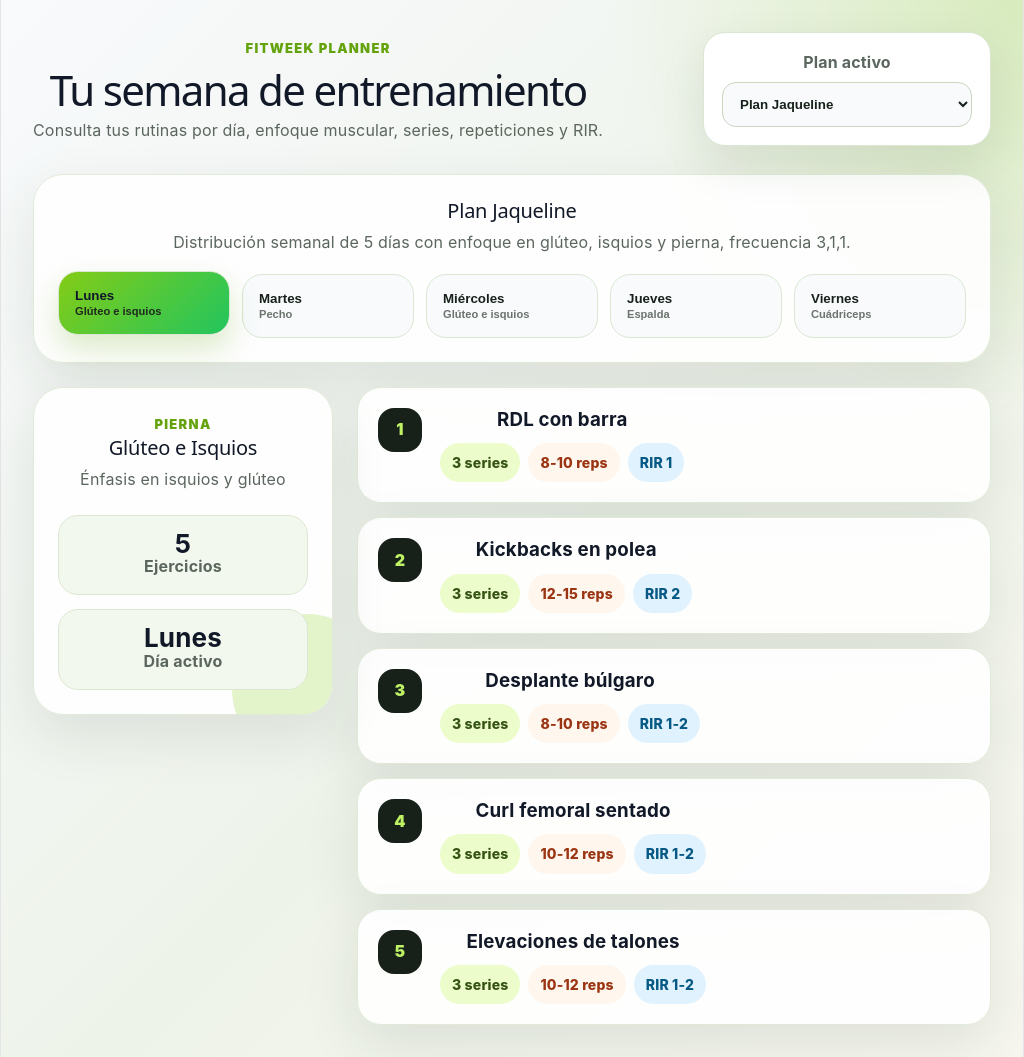
Repository: Jaqueline-CO/Fitweek-Planner
Page: /dashboard
The author's editor kept a copy of each file at every save. The page is drawn from the files as they stood at one save, then again after the next save.
The browser window is 1024 px wide. The pictures show the whole page.
The project was rebuilt for these pictures with package versions that can differ from the ones it lists, and the page was loaded fresh each time. Also part of the build but not shown: vite.config.js.

Above is the page before, as saved 2026-06-09 16:02:13.

### index.html
<!doctype html>
<html lang="en">
  <head>
    <meta charset="UTF-8" />
    <link rel="icon" type="image/svg+xml" href="/favicon.svg" />
    <meta name="viewport" content="width=device-width, initial-scale=1.0" />
    <title>rutinasgym</title>
  </head>
  <body>
    <div id="root"></div>
    <script type="module" src="/src/main.jsx"></script>
  </body>
</html>

### src/index.css
:root {
  --text: #6b6375;
  --text-h: #08060d;
  --bg: #fff;
  --border: #e5e4e7;
  --code-bg: #f4f3ec;
  --accent: #aa3bff;
  --accent-bg: rgba(170, 59, 255, 0.1);
  --accent-border: rgba(170, 59, 255, 0.5);
  --social-bg: rgba(244, 243, 236, 0.5);
  --shadow:
    rgba(0, 0, 0, 0.1) 0 10px 15px -3px, rgba(0, 0, 0, 0.05) 0 4px 6px -2px;

  --sans: system-ui, 'Segoe UI', Roboto, sans-serif;
  --heading: system-ui, 'Segoe UI', Roboto, sans-serif;
  --mono: ui-monospace, Consolas, monospace;

  font: 18px/145% var(--sans);
  letter-spacing: 0.18px;
  color-scheme: light dark;
  color: var(--text);
  background: var(--bg);
  font-synthesis: none;
  text-rendering: optimizeLegibility;
  -webkit-font-smoothing: antialiased;
  -moz-osx-font-smoothing: grayscale;

  @media (max-width: 1024px) {
    font-size: 16px;
  }
}

@media (prefers-color-scheme: dark) {
  :root {
    --text: #9ca3af;
    --text-h: #f3f4f6;
    --bg: #16171d;
    --border: #2e303a;
    --code-bg: #1f2028;
    --accent: #c084fc;
    --accent-bg: rgba(192, 132, 252, 0.15);
    --accent-border: rgba(192, 132, 252, 0.5);
    --social-bg: rgba(47, 48, 58, 0.5);
    --shadow:
      rgba(0, 0, 0, 0.4) 0 10px 15px -3px, rgba(0, 0, 0, 0.25) 0 4px 6px -2px;
  }

  #social .button-icon {
    filter: invert(1) brightness(2);
  }
}

body {
  margin: 0;
}

#root {
  width: 1126px;
  max-width: 100%;
  margin: 0 auto;
  text-align: center;
  border-inline: 1px solid var(--border);
  min-height: 100svh;
  display: flex;
  flex-direction: column;
  box-sizing: border-box;
}

h1,
h2 {
  font-family: var(--heading);
  font-weight: 500;
  color: var(--text-h);
}

h1 {
  font-size: 56px;
  letter-spacing: -1.68px;
  margin: 32px 0;
  @media (max-width: 1024px) {
    font-size: 36px;
    margin: 20px 0;
  }
}
h2 {
  font-size: 24px;
  line-height: 118%;
  letter-spacing: -0.24px;
  margin: 0 0 8px;
  @media (max-width: 1024px) {
    font-size: 20px;
  }
}
p {
  margin: 0;
}

code,
.counter {
  font-family: var(--mono);
  display: inline-flex;
  border-radius: 4px;
  color: var(--text-h);
}

code {
  font-size: 15px;
  line-height: 135%;
  padding: 4px 8px;
  background: var(--code-bg);
}

### src/App.jsx
import AppRoutes from "./routes/AppRoutes";

function App() {
  return <AppRoutes />;
}

export default App;

### src/routes/AppRoutes.jsx
import { BrowserRouter, Routes, Route } from "react-router-dom";
import Login from "../pages/Login";
import Dashboard from "../pages/Dashboard";

function AppRoutes() {
  return (
    <BrowserRouter>
      <Routes>
        <Route path="/" element={<Login />} />
        <Route path="/dashboard" element={<Dashboard />} />
      </Routes>
    </BrowserRouter>
  );
}

export default AppRoutes;

### src/pages/Dashboard.jsx
import { useState } from "react";
import { weeklyPlans } from "../data/weeklyPlans";
import { routines } from "../data/routines";
import "../styles/Dashboard.css";

function Dashboard() {
  const [selectedPlanId, setSelectedPlanId] = useState("jaqueline");
  const [selectedDay, setSelectedDay] = useState("Lunes");

  const selectedPlan = weeklyPlans.find((plan) => plan.id === selectedPlanId);
  const selectedPlanDay = selectedPlan.days.find((item) => item.day === selectedDay);
  const selectedRoutine = routines.find((routine) => routine.id === selectedPlanDay.routineId);

  return (
    <main className="dashboard-page">
      <section className="dashboard-hero">
        <div>
          <span className="eyebrow">FitWeek Planner</span>
          <h1>Tu semana de entrenamiento</h1>
          <p>Consulta tus rutinas por día, enfoque muscular, series, repeticiones y RIR.</p>
        </div>

        <div className="plan-selector">
          <label>Plan activo</label>
          <select
            value={selectedPlanId}
            onChange={(e) => {
              setSelectedPlanId(e.target.value);
              setSelectedDay("Lunes");
            }}
          >
            {weeklyPlans.map((plan) => (
              <option key={plan.id} value={plan.id}>
                {plan.name}
              </option>
            ))}
          </select>
        </div>
      </section>

      <section className="plan-card">
        <div>
          <h2>{selectedPlan.name}</h2>
          <p>{selectedPlan.description}</p>
        </div>

        <div className="day-tabs">
          {selectedPlan.days.map((item) => (
            <button
              key={item.day}
              className={selectedDay === item.day ? "day-tab active" : "day-tab"}
              onClick={() => setSelectedDay(item.day)}
            >
              <span>{item.day}</span>
              <small>{item.label}</small>
            </button>
          ))}
        </div>
      </section>

      <section className="routine-layout">
        <aside className="routine-summary">
          <span className="routine-category">{selectedRoutine.category}</span>
          <h2>{selectedRoutine.title}</h2>
          <p>{selectedRoutine.focus}</p>

          <div className="summary-stats">
            <div>
              <strong>{selectedRoutine.exercises.length}</strong>
              <span>Ejercicios</span>
            </div>
            <div>
              <strong>{selectedDay}</strong>
              <span>Día activo</span>
            </div>
          </div>
        </aside>

        <section className="exercise-list">
          {selectedRoutine.exercises.map((exercise, index) => (
            <article className="exercise-card" key={index}>
              <div className="exercise-number">{index + 1}</div>

              <div className="exercise-info">
                <h3>{exercise.name}</h3>

                <div className="exercise-tags">
                  <span>{exercise.sets} series</span>
                  <span>{exercise.reps} reps</span>
                  <span>RIR {exercise.rir}</span>
                </div>

                {exercise.notes && <p>{exercise.notes}</p>}
              </div>
            </article>
          ))}
        </section>
      </section>
    </main>
  );
}

export default Dashboard;

### src/data/weeklyPlans.js
export const weeklyPlans = [
  {
    id: "jaqueline",
    name: "Plan Jaqueline",
    description: "Distribución semanal de 5 días con enfoque en glúteo, isquios y pierna, frecuencia 3,1,1.",
    days: [
      { day: "Lunes", routineId: "gluteo-isquios", label: "Glúteo e isquios" },
      { day: "Martes", routineId: "pecho-a", label: "Pecho" },
      { day: "Miércoles", routineId: "gluteo-isquios", label: "Glúteo e isquios" },
      { day: "Jueves", routineId: "espalda", label: "Espalda" },
      { day: "Viernes", routineId: "cuadriceps", label: "Cuádriceps" },
    ],
  },
  {
    id: "alan",
    name: "Plan Alan",
    description: "Distribución semanal de 5 días con enfoque en Pecho, frecuencia 2,2,1.",
    days: [
      { day: "Lunes", routineId: "gluteo-isquios", label: "Glúteo e isquios" },
      { day: "Martes", routineId: "pecho-a", label: "Pecho" },
      { day: "Miércoles", routineId: "espalda", label: "Espalda" },
      { day: "Jueves", routineId: "pecho-b", label: "Pecho" },
      { day: "Viernes", routineId: "cuadriceps", label: "Cuádriceps" },
    ],
  },
];

### src/data/routines.js
export const routines = [
  {
    id: "gluteo-isquios",
    title: "Glúteo e Isquios",
    category: "Pierna",
    focus: "Énfasis en isquios y glúteo",
    exercises: [
      { name: "RDL con barra", sets: 3, reps: "8-10", rir: "1" },
      { name: "Kickbacks en polea", sets: 3, reps: "12-15", rir: "2" },
      { name: "Desplante búlgaro", sets: 3, reps: "8-10", rir: "1-2" },
      { name: "Curl femoral sentado", sets: 3, reps: "10-12", rir: "1-2" },
      { name: "Elevaciones de talones", sets: 3, reps: "10-12", rir: "1-2" },
    ],
  },
  {
    id: "cuadriceps",
    title: "Cuádriceps",
    category: "Pierna",
    focus: "Énfasis en cuádriceps",
    exercises: [
      { name: "Sentadilla Hack", sets: 3, reps: "6-8", rir: "1" },
      { name: "Hip Thrust con barra", sets: 3, reps: "8-10", rir: "1" },
      { name: "Curl femoral acostado", sets: 3, reps: "10-12", rir: "1-2" },
      { name: "Extensiones de cuádriceps", sets: 3, reps: "10-12", rir: "1-2" },
      { name: "Abducción en máquina", sets: 3, reps: "12-15", rir: "1-2" },
      { name: "Adducción en máquina", sets: 3, reps: "12-15", rir: "1-2" },
      { name: "Elevaciones de talones", sets: 3, reps: "10-12", rir: "1-2" },
    ],
  },
  {
    id: "pecho-a",
    title: "Pecho A",
    category: "Pecho",
    focus: "Énfasis en pectoral mayor",
    exercises: [
      { name: "Press inclinado con mancuernas", sets: 3, reps: "8-10", rir: "1-2" },
      { name: "Press plano con barra", sets: 2, reps: "6-8", rir: "0-1" },
      { name: "Elevaciones laterales con mancuerna", sets: 2, reps: "12-15", rir: "2" },
      { name: "Elevaciones en polea baja unilateral", sets: 3, reps: "12-15", rir: "2" },
      { name: "Extensión de tríceps con cuerda", sets: 2, reps: "12-15", rir: "1-2" },
    ],
  },
  {
    id: "pecho-b",
    title: "Pecho B",
    category: "Pecho",
    focus: "Deltoide anterior, lateral y tríceps",
    exercises: [
      { name: "Press militar con mancuernas", sets: 3, reps: "8-10", rir: "1" },
      { name: "Press plano con barra o máquina", sets: 2, reps: "6-8", rir: "1" },
      { name: "Cruce en poleas baja", sets: 2, reps: "12-15", rir: "2" },
      { name: "Elevaciones laterales con mancuernas", sets: 2, reps: "15-20", rir: "2" },
      { name: "Extensión de tríceps overhead con cuerda", sets: 2, reps: "12-15", rir: "1-2" },
      { name: "Push down con cuerda", sets: 2, reps: "10-12", rir: "1-2" },
    ],
  },
  {
    id: "espalda",
    title: "Espalda",
    category: "Espalda",
    focus: "Dorsales - Amplitud, fuerza de tracción y foco lat",
    exercises: [
      { name: "Jalón al pecho con agarre neutro", sets: 4, reps: "8-10", rir: "-", notes: "Máxima activación del dorsal ancho. Tensión mecánica alta." },
      { name: "Remo con mancuerna unilateral", sets: 4, reps: "8-10", rir: "-", notes: "Segunda línea de tracción horizontal. Enfocado en upper back general." },
      { name: "Pull-over con cuerda en polea alta", sets: 3, reps: "12-15", rir: "-", notes: "Aislamiento del dorsal, sin intervención del bíceps." },
      { name: "Curl inclinado con mancuernas supino", sets: 3, reps: "10-12", rir: "-", notes: "Foco total en bíceps braquial con gran estiramiento." },
    ],
  },
];

### src/styles/Dashboard.css
.dashboard-page {
  min-height: 100vh;
  padding: 32px;
  color: #17211a;
  background:
    radial-gradient(circle at top right, rgba(132, 204, 22, 0.22), transparent 28%),
    linear-gradient(135deg, #f8fafc, #eef3ea 55%, #f7f7ef);
  font-family: Inter, system-ui, sans-serif;
}

.dashboard-hero {
  display: flex;
  justify-content: space-between;
  gap: 24px;
  align-items: center;
  margin-bottom: 28px;
}

.eyebrow,
.routine-category {
  color: #65a30d;
  font-weight: 900;
  letter-spacing: 0.1em;
  text-transform: uppercase;
  font-size: 13px;
}

.dashboard-hero h1 {
  font-size: clamp(34px, 5vw, 58px);
  margin: 8px 0;
  color: #111827;
  line-height: 1;
}

.dashboard-hero p,
.plan-card p,
.routine-summary p,
.exercise-info p {
  color: #5b665e;
}

.plan-selector {
  background: #ffffff;
  border: 1px solid #dbe7d2;
  padding: 18px;
  border-radius: 22px;
  min-width: 250px;
  box-shadow: 0 18px 45px rgba(32, 51, 34, 0.1);
}

.plan-selector label {
  display: block;
  margin-bottom: 8px;
  color: #5b665e;
  font-weight: 700;
}

.plan-selector select {
  width: 100%;
  padding: 13px;
  border-radius: 14px;
  border: 1px solid #cbd5c0;
  outline: none;
  font-weight: 800;
  color: #17211a;
  background: #f8fafc;
}

.plan-card,
.routine-summary,
.exercise-card {
  background: rgba(255, 255, 255, 0.92);
  border: 1px solid #e1ead8;
  box-shadow: 0 20px 55px rgba(32, 51, 34, 0.1);
}

.plan-card {
  border-radius: 30px;
  padding: 24px;
  margin-bottom: 24px;
}

.plan-card h2,
.routine-summary h2,
.exercise-info h3 {
  color: #111827;
}

.day-tabs {
  display: grid;
  grid-template-columns: repeat(5, 1fr);
  gap: 12px;
  margin-top: 20px;
}

.day-tab {
  border: 1px solid #dbe7d2;
  border-radius: 20px;
  padding: 16px;
  cursor: pointer;
  background: #f8fafc;
  color: #17211a;
  text-align: left;
  transition: 0.2s ease;
}

.day-tab span {
  display: block;
  font-weight: 900;
}

.day-tab small {
  color: #6b746c;
  font-weight: 600;
}

.day-tab.active,
.day-tab:hover {
  background: linear-gradient(135deg, #84cc16, #22c55e);
  color: #0f172a;
  transform: translateY(-3px);
  box-shadow: 0 14px 30px rgba(101, 163, 13, 0.22);
}

.day-tab.active small,
.day-tab:hover small {
  color: #1f2a1f;
}

.routine-layout {
  display: grid;
  grid-template-columns: 340px 1fr;
  gap: 24px;
}

.routine-summary {
  border-radius: 30px;
  padding: 24px;
  height: fit-content;
  position: relative;
  overflow: hidden;
}

.routine-summary::after {
  content: "";
  position: absolute;
  width: 150px;
  height: 150px;
  right: -50px;
  bottom: -50px;
  background: rgba(132, 204, 22, 0.22);
  border-radius: 50%;
}

.summary-stats {
  display: grid;
  grid-template-columns: 1fr;
  gap: 14px;
  margin-top: 24px;
  position: relative;
  z-index: 1;
}

.summary-stats div {
  background: #f3f8ee;
  border: 1px solid #dbe7d2;
  border-radius: 20px;
  padding: 16px;
}

.summary-stats strong {
  display: block;
  font-size: 26px;
  color: #111827;
}

.summary-stats span {
  color: #5b665e;
  font-weight: 700;
}

.exercise-list {
  display: grid;
  gap: 14px;
}

.exercise-card {
  display: flex;
  gap: 18px;
  align-items: flex-start;
  border-radius: 24px;
  padding: 20px;
  transition: 0.2s ease;
}

.exercise-card:hover {
  transform: translateY(-2px);
  box-shadow: 0 22px 60px rgba(32, 51, 34, 0.14);
}

.exercise-number {
  width: 44px;
  height: 44px;
  border-radius: 16px;
  display: grid;
  place-items: center;
  font-weight: 900;
  background: #17211a;
  color: #bef264;
}

.exercise-info h3 {
  margin: 0 0 12px;
}

.exercise-tags {
  display: flex;
  flex-wrap: wrap;
  gap: 8px;
}

.exercise-tags span {
  padding: 8px 12px;
  border-radius: 999px;
  background: #ecfccb;
  color: #365314;
  font-size: 14px;
  font-weight: 800;
}

.exercise-tags span:nth-child(2) {
  background: #fff7ed;
  color: #9a3412;
}

.exercise-tags span:nth-child(3) {
  background: #e0f2fe;
  color: #075985;
}

@media (max-width: 1100px) {
  .routine-layout {
    grid-template-columns: 300px 1fr;
  }

  .dashboard-hero h1 {
    font-size: 42px;
  }
}

@media (max-width: 900px) {
  .dashboard-page {
    padding: 24px;
  }

  .dashboard-hero {
    display: grid;
    grid-template-columns: 1fr;
  }

  .plan-selector {
    width: 100%;
    min-width: 0;
  }

  .day-tabs {
    grid-template-columns: repeat(2, 1fr);
  }

  .routine-layout {
    grid-template-columns: 1fr;
  }

  .routine-summary {
    position: static;
  }
}

@media (max-width: 600px) {
  .dashboard-page {
    padding: 16px;
  }

  .dashboard-hero h1 {
    font-size: 34px;
  }

  .dashboard-hero p {
    font-size: 15px;
  }

  .plan-card,
  .routine-summary,
  .exercise-card {
    border-radius: 22px;
  }

  .plan-card {
    padding: 18px;
  }

  .day-tabs {
    grid-template-columns: 1fr;
  }

  .day-tab {
    padding: 14px;
  }

  .exercise-card {
    flex-direction: column;
  }

  .exercise-number {
    width: 38px;
    height: 38px;
  }

  .exercise-tags {
    gap: 6px;
  }

  .exercise-tags span {
    font-size: 13px;
    padding: 7px 10px;
  }
}

Loaded but not shown: src/main.jsx (common file); src/pages/Login.jsx (no stored copy; drawn as an empty file)

After the next save:
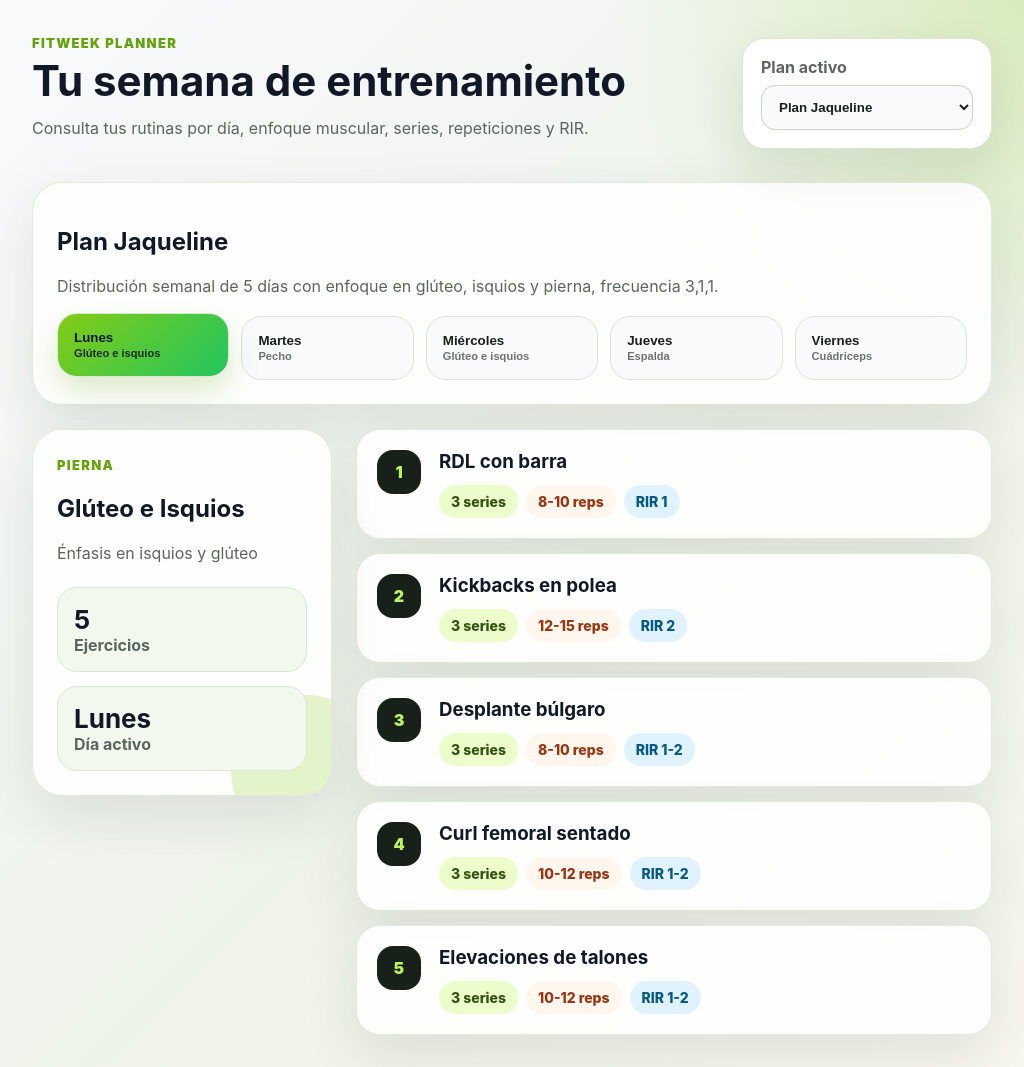
Saved 31 s later.
--- a/src/index.css
+++ b/src/index.css
@@ -1,111 +1,16 @@
-:root {
-  --text: #6b6375;
-  --text-h: #08060d;
-  --bg: #fff;
-  --border: #e5e4e7;
-  --code-bg: #f4f3ec;
-  --accent: #aa3bff;
-  --accent-bg: rgba(170, 59, 255, 0.1);
-  --accent-border: rgba(170, 59, 255, 0.5);
-  --social-bg: rgba(244, 243, 236, 0.5);
-  --shadow:
-    rgba(0, 0, 0, 0.1) 0 10px 15px -3px, rgba(0, 0, 0, 0.05) 0 4px 6px -2px;
-
-  --sans: system-ui, 'Segoe UI', Roboto, sans-serif;
-  --heading: system-ui, 'Segoe UI', Roboto, sans-serif;
-  --mono: ui-monospace, Consolas, monospace;
-
-  font: 18px/145% var(--sans);
-  letter-spacing: 0.18px;
-  color-scheme: light dark;
-  color: var(--text);
-  background: var(--bg);
-  font-synthesis: none;
-  text-rendering: optimizeLegibility;
-  -webkit-font-smoothing: antialiased;
-  -moz-osx-font-smoothing: grayscale;
-
-  @media (max-width: 1024px) {
-    font-size: 16px;
-  }
+* {
+  box-sizing: border-box;
 }
 
-@media (prefers-color-scheme: dark) {
-  :root {
-    --text: #9ca3af;
-    --text-h: #f3f4f6;
-    --bg: #16171d;
-    --border: #2e303a;
-    --code-bg: #1f2028;
-    --accent: #c084fc;
-    --accent-bg: rgba(192, 132, 252, 0.15);
-    --accent-border: rgba(192, 132, 252, 0.5);
-    --social-bg: rgba(47, 48, 58, 0.5);
-    --shadow:
-      rgba(0, 0, 0, 0.4) 0 10px 15px -3px, rgba(0, 0, 0, 0.25) 0 4px 6px -2px;
-  }
-
-  #social .button-icon {
-    filter: invert(1) brightness(2);
-  }
+html,
+body,
+#root {
+  width: 100%;
+  min-height: 100%;
+  margin: 0;
 }
 
 body {
-  margin: 0;
+  min-width: 320px;
+  font-family: Inter, system-ui, sans-serif;
 }
-
-#root {
-  width: 1126px;
-  max-width: 100%;
-  margin: 0 auto;
-  text-align: center;
-  border-inline: 1px solid var(--border);
-  min-height: 100svh;
-  display: flex;
-  flex-direction: column;
-  box-sizing: border-box;
-}
-
-h1,
-h2 {
-  font-family: var(--heading);
-  font-weight: 500;
-  color: var(--text-h);
-}
-
-h1 {
-  font-size: 56px;
-  letter-spacing: -1.68px;
-  margin: 32px 0;
-  @media (max-width: 1024px) {
-    font-size: 36px;
-    margin: 20px 0;
-  }
-}
-h2 {
-  font-size: 24px;
-  line-height: 118%;
-  letter-spacing: -0.24px;
-  margin: 0 0 8px;
-  @media (max-width: 1024px) {
-    font-size: 20px;
-  }
-}
-p {
-  margin: 0;
-}
-
-code,
-.counter {
-  font-family: var(--mono);
-  display: inline-flex;
-  border-radius: 4px;
-  color: var(--text-h);
-}
-
-code {
-  font-size: 15px;
-  line-height: 135%;
-  padding: 4px 8px;
-  background: var(--code-bg);
-}
